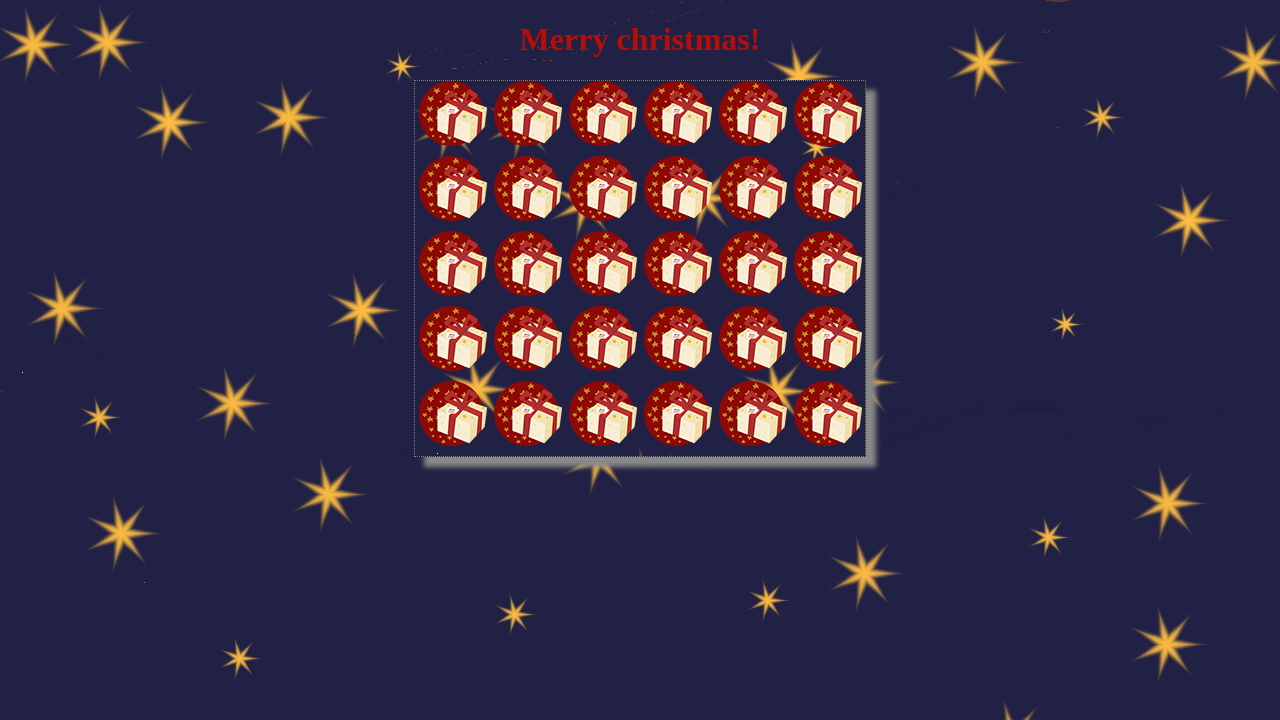
Repository: Angamanga/1dv403-laborationer
Page: 3-gameon/memory/index.html
The author's editor kept a record of every edit. The page is drawn from the files as they stood at one moment, then again after the next edit.
The browser window is 1280 px wide. The pictures show the whole page.
Some web fonts or font styles are not loaded; a fallback is used.

Above is the page before.

### 3-gameon/memory/index.html
<!doctype html>
<html lang="sv">

<head>
    <meta charset="utf-8" />
    <title>Game On!</title>
    <link href='//fonts.googleapis.com/css?family=Mountains+of+Christmas' rel='stylesheet' type='text/css'>
    <link rel="stylesheet" media="screen and (min-width:501px)" href="css/style.css">
    <link rel="stylesheet" media="screen and (max-width:500px)" href="css/mobile.css">
    <meta name="viewport" content="width=device-width, minimum-scale=1">



</head>

<body>
    <main>
        <h1>Merry christmas!</h1>

            <div id="game1"></div>
            <!--<div id="game2"></div>-->


    </main>
     <script src="js/random.js"></script>
     <script src="js/brick.js"></script>
    <script src="js/memory.js"></script>
    <script src="js/script.js"></script>
</body>
</html>

### 3-gameon/memory/css/style.css
/*@media screen and (min-width: 501px)*/
body{
    font-family: 'Mountains of Christmas', cursive;
    background:url(christmassy.png);
    background-color:#E6C79C;
    color:#B80C09;
}

main{
    max-width:960px;

    margin:auto;
    text-align:center;
}
#game1{
    background:url(christmassy.png);
    overflow:hidden;
    background:
    margin:20px;
    margin:0 auto;
    border: 1px dotted grey;
   box-shadow: 10px 10px 5px #888888;

}

#game2{

    margin:0 auto;
    border: 1px dotted grey;
}
#game1 > div, #game2>div{
    float:left;
    width:75px;
    height:75px
}

/*#game1, #game2 > div{*/
/*    background: url(/pics/back.jpg) no-repeat;*/
/*}*/

### 3-gameon/memory/js/random.js

var RandomGenerator = {

	/*
		Denna metod tar antalet rader och columner som inparameter.

		Metoden returnerar en array inneh�llandes utslumpade tal mellan 1 och (rows*cols)/2. Varje tal representeras tv�
		g�nger och motsvarar s�ledes en spelbricka.

		I en 4*4 matris kan Arrayen t.ex. se ut s� h�r:
		[1,2,6,8,6,2,5,3,1,3,7,5,8,4,4,7]

		I en 2*4 matris kan Arrayen t.ex. se ut s� h�r:
		[3,4,4,1,2,1,2,3]
	*/

	getPictureArray: function(rows, cols)
	{
		var numberOfImages = rows*cols;
		var maxImageNumber = numberOfImages/2;

	   	var imgPlace = [];

	   //Utplacering av bilder i Array
	   for(var i=0; i<numberOfImages; i++)
		  imgPlace[i] = 0;

		for(var currentImageNumber=1; currentImageNumber<=maxImageNumber; currentImageNumber++)
		{
			var imageOneOK = false;
			var imageTwoOK = false;

			do
			{
				if(imageOneOK == false)
				{
					var randomOne = Math.floor( (Math.random() * (rows*cols-0) + 0) );

					if( imgPlace[randomOne] == 0 )
					{
						imgPlace[randomOne] = currentImageNumber;
						imageOneOK = true;
					}
				}

				if(imageTwoOK == false)
				{
					var randomTwo = Math.floor( (Math.random() * (rows*cols-0) + 0) );

					if( imgPlace[randomTwo] == 0 )
					{
						imgPlace[randomTwo] = currentImageNumber;
						imageTwoOK = true;
					}
				}
			}
			while(imageOneOK == false || imageTwoOK == false);
		}

		return imgPlace;
	}
}

### 3-gameon/memory/js/brick.js
"use strict";
function Brick(id){

	this.getBrickID = function(){
		return id;
	};
	this.getBrickSrc= function(){
		return "pics/" + id +".png";
	}


	}

### 3-gameon/memory/js/memory.js
"use strict";

var Memory = function(rows, cols, gameID) {
    this.rows = rows; // antal rader
    this.cols = cols; // antal kolumner
    this.gameID = gameID; //hanvisning till div id
    this.order = RandomGenerator.getPictureArray(rows, cols); //array med slumpade nummer
    this.bricks = []; //array med brickor som ska anvandas
    this.flippedBricks = [];
    this.counter = 0;
    this.nbCorrectGuesses = 0;
    this.classID;
    this.nbGuesses = 0;

};

Memory.prototype.flipBrick = function(n, backImage) {
        if (this.counter === 0) {
            this.flippedBricks.push(this.bricks[n].getBrickID());
            this.classID = n;

            return this.bricks[n].getBrickSrc();
        }
        else if (this.counter === 1) {
            this.flippedBricks.push(this.bricks[n].getBrickID());
            return this.bricks[n].getBrickSrc();
        }
    }
    //         else if(this.counter===1){
    //             backImage.src = this.bricks[n].getBrickSrc();
    //             this.brick2=this.bricks[n].getBrickID();
    //           var brick1=document.getElementsByClassName(this.classID);
    //         //     if(this.brick1.getBrickID()===this.brick2.getBrickID()){
    //         //     this.nbCorrectGuesses+2;
    //         //     if(this.nbCorrectGuesses===this.bricks.length){
    //         //     alert("Du klarade det pa " +this.nbCorrectGuesses/2+" gissningar!");
    //         //  }
    //         // else{
    //      setTimeout(function() {
    //         backImage.src = "pics/back.png";
    //         brick1.backImage.src="pics/back.png";
    //      }, 700);
    //      this.counter=0;

//     //     }
//     //   };

//             }
//         }.bind(this);


//   };

Memory.prototype.addBricks = function(n) {
    var memBoard = document.getElementById(this.gameID);
    memBoard.style.width=(this.cols*75+"px");
    memBoard.style.height=(this.rows*75+"px");
    var a = document.createElement("a");
    var backImage = document.createElement("img");
    var div = document.createElement("div");
    a.setAttribute("href", "#");
    backImage.setAttribute("class", n);
    backImage.src = "pics/back.png";
    memBoard.appendChild(div);
    div.appendChild(a);
    a.appendChild(backImage);

    a.onclick = function(e) {
        console.log(this.nbCorrectGuesses);
        if (this.counter === 0) {
            backImage.src = this.flipBrick(n);
            this.counter = 1;
            this.nbGuesses += 1;
            }
        else if (this.counter === 1) {
            backImage.src = this.flipBrick(n);
            if (this.flippedBricks[0] === this.flippedBricks[1]) {
                this.nbCorrectGuesses += 2;
                    if (this.nbCorrectGuesses === this.bricks.length) {
                        alert("You won the game! You needed " + this.nbGuesses + " to finish the game!");
                    }
            }
            else {
                    setTimeout(function() {
                        backImage.src = "pics/back.png";
                        var firstBrick = memBoard.getElementsByClassName(this.classID)[0];
                     firstBrick.src="pics/back.png";
                        }.bind(this), 700);
                    }
                this.flippedBricks=[];
                this.counter=0;
                }

    }.bind(this);

};

Memory.prototype.start = function() {
    //skapar brickor med slumpade id:n och lagger dom i arrayen bricks.
    for (var i = 0; i < this.order.length; i++) {
        this.bricks[i] = new Brick(this.order[i]);
    }
    //lagger ut brickorna pa sidan
    for (var j = 0; j < this.bricks.length; j++) {
        this.addBricks(j);
    }
};

### 3-gameon/memory/js/script.js
"use strickt";
var MemoryApp = {
   init: function(){
      var mem1 = new Memory(5,6,"game1");
      //var mem2 = new Memory(4,3,"game2");
      mem1.start();
      //mem2.start();
   }
};

window.onload=MemoryApp.init();

### 3-gameon/memory/css/mobile.css
/*@media screen and (max-width: 500px)*/
body{
    font-family: 'Mountains of Christmas', cursive;
    background-color:#E6C79C;
    color:#143109;
}
main{
    max-width:90%;
    background-color:#B80C09;
    margin:auto;
    text-align:center;
}

After the next edit:
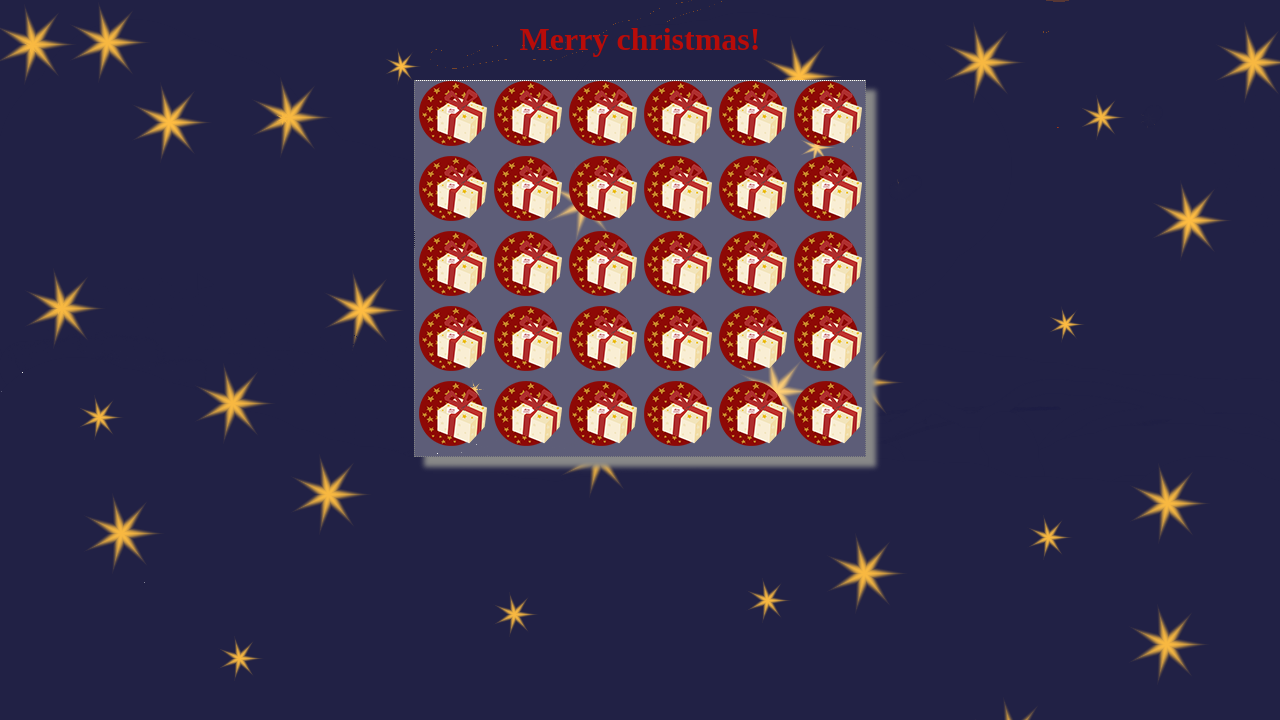
The edit:
--- a/3-gameon/memory/css/style.css
+++ b/3-gameon/memory/css/style.css
@@ -13,7 +13,7 @@
     text-align:center;
 }
 #game1{
-    background:url(christmassy.png);
+    background:url(christmassy-blur.png);
     overflow:hidden;
     background:
     margin:20px;
